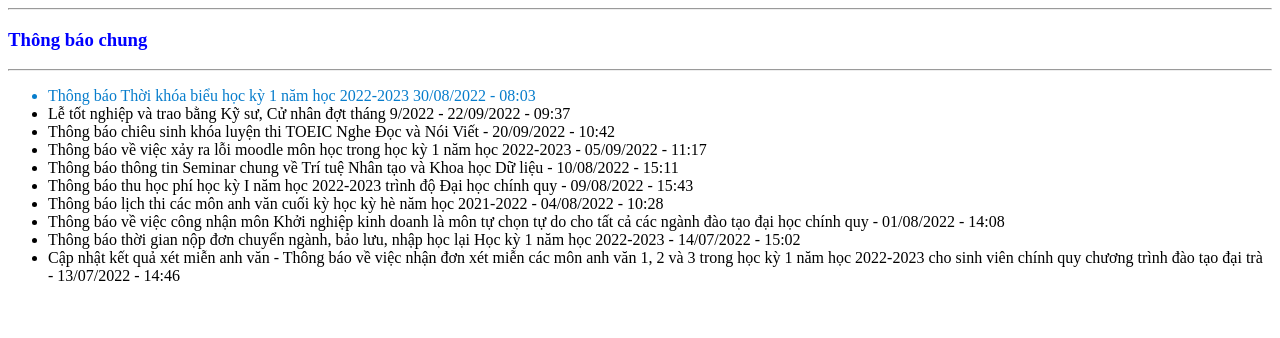
Repository: HoangDuy315/web-dev2022
Page: ex3.html
These files come from the project's save history. The page is drawn as it stood at one moment and after the next save; the edit follows.
The browser window is 1280 px wide. The pictures show the whole page.

Above is the page before, as saved 2022-09-22 15:34:13.

### ex3.html
<html lang="en">
<head>
    <meta charset="UTF-8">
    <meta http-equiv="X-UA-Compatible" content="IE=edge">
    <meta name="viewport" content="width=device-width, initial-scale=1.0">
    <link rel="stylesheet" href="./ex3.css">
    <title>Document</title>
</head>
<body>
    <hr >
        <h3 class="thongbao">Thông báo chung</h3>
    </hr>
    <hr>
        <ul >
            <li class="tinnhan">Thông báo Thời khóa biểu học kỳ 1 năm học 2022-2023  <span>30/08/2022 - 08:03</span></li>
            <li>Lễ tốt nghiệp và trao bằng Kỹ sư, Cử nhân đợt tháng 9/2022 - 22/09/2022 - 09:37</li>
            <li>Thông báo chiêu sinh khóa luyện thi TOEIC Nghe Đọc và Nói Viết - 20/09/2022 - 10:42</li>
            <li>Thông báo về việc xảy ra lỗi moodle môn học trong học kỳ 1 năm học 2022-2023 - 05/09/2022 - 11:17</li>
            <li>Thông báo thông tin Seminar chung về Trí tuệ Nhân tạo và Khoa học Dữ liệu - 10/08/2022 - 15:11</li>
            <li>Thông báo thu học phí học kỳ I năm học 2022-2023 trình độ Đại học chính quy - 09/08/2022 - 15:43</li>
            <li>Thông báo lịch thi các môn anh văn cuối kỳ học kỳ hè năm học 2021-2022 - 04/08/2022 - 10:28</li>
            <li>Thông báo về việc công nhận môn Khởi nghiệp kinh doanh là môn tự chọn tự do cho tất cả các ngành đào tạo đại học chính quy - 01/08/2022 - 14:08</li>
            <li>Thông báo thời gian nộp đơn chuyển ngành, bảo lưu, nhập học lại Học kỳ 1 năm học 2022-2023 - 14/07/2022 - 15:02</li>
            <li>Cập nhật kết quả xét miễn anh văn - Thông báo về việc nhận đơn xét miễn các môn anh văn 1, 2 và 3 trong học kỳ 1 năm học 2022-2023 cho sinh viên chính quy chương trình đào tạo đại trà - 13/07/2022 - 14:46</li>
        </ul>
    </hr>

</body>
</html>

### ex3.css
.thongbao {
    color: blue;
}

.tinnhan {
    color: rgb(7, 125, 204);
}

After the next save:
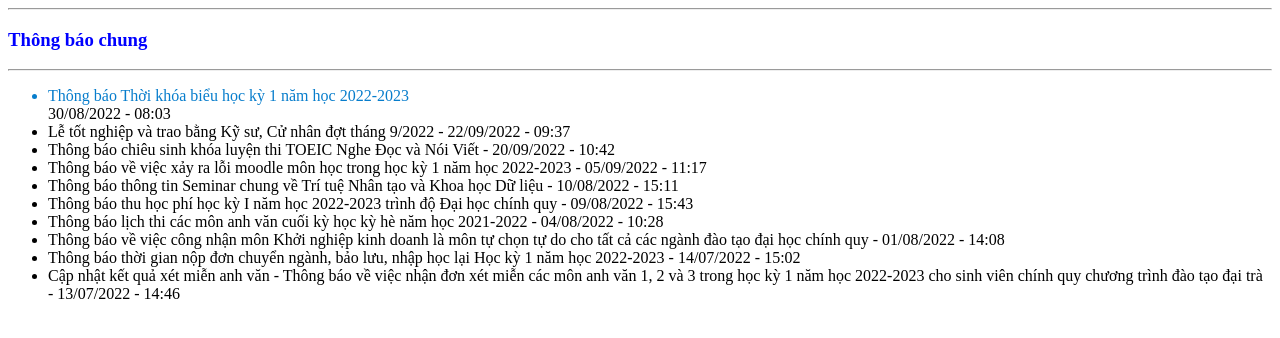
Saved 12 s later.
--- a/ex3.html
+++ b/ex3.html
@@ -12,7 +12,7 @@
     </hr>
     <hr>
         <ul >
-            <li class="tinnhan">Thông báo Thời khóa biểu học kỳ 1 năm học 2022-2023  <span>30/08/2022 - 08:03</span></li>
+            <li class="tinnhan">Thông báo Thời khóa biểu học kỳ 1 năm học 2022-2023 </li><span>30/08/2022 - 08:03</span>
             <li>Lễ tốt nghiệp và trao bằng Kỹ sư, Cử nhân đợt tháng 9/2022 - 22/09/2022 - 09:37</li>
             <li>Thông báo chiêu sinh khóa luyện thi TOEIC Nghe Đọc và Nói Viết - 20/09/2022 - 10:42</li>
             <li>Thông báo về việc xảy ra lỗi moodle môn học trong học kỳ 1 năm học 2022-2023 - 05/09/2022 - 11:17</li>
